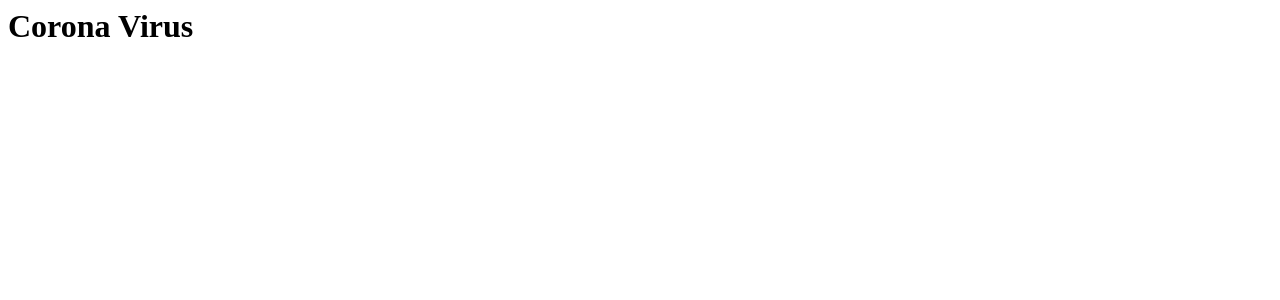
Repository: ZubaerAhmed/2-Corona-virus-eclipse-workspace
Page: CoronaVirus/WebContent/Corona/header.html
These files come from the project's save history. The page is drawn as it stood at one moment and after the next save; the edit follows.
The browser window is 1280 px wide. The pictures show the whole page.

Above is the page before, as saved 2020-04-01 19:34:44.

After the next save:
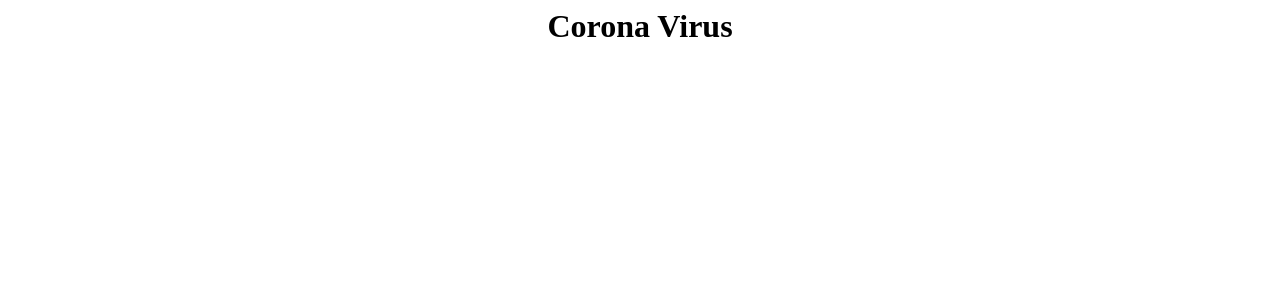
Saved 38 s later.
--- a/CoronaVirus/WebContent/Corona/header.html
+++ b/CoronaVirus/WebContent/Corona/header.html
@@ -1,2 +1,2 @@
 
-<h1> Corona Virus</h1>
+<h1 align="center"> Corona Virus</h1>
